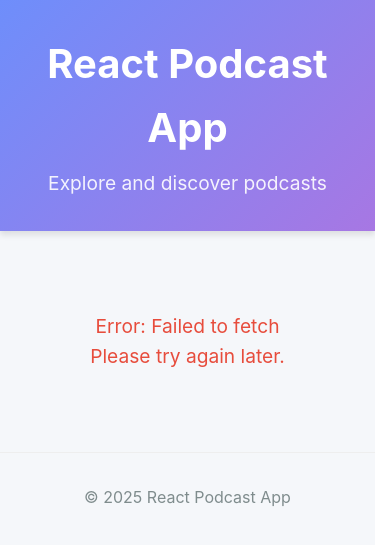
Repository: andajonas/ANDJON25111_fto2505_A_Anda-Jonas_DJS04
Page: ReactPodcast.html
An editor plug-in stored every save of this project. The page is shown before and after a run of saves, followed by the edit.
The browser window is 375 px wide. The pictures show the whole page.
The page's requests for data from a server got no answer.

Above is the page before, as saved 2025-09-27 22:31:30.

After the next 2 saves:
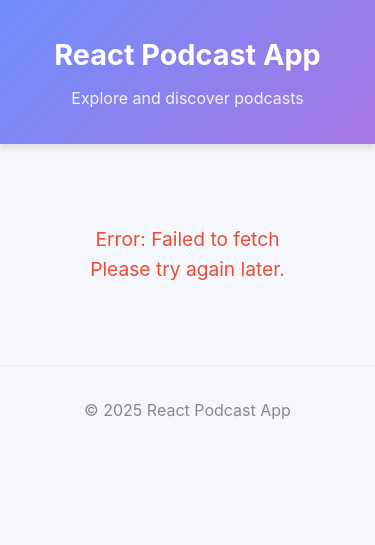
The 2 saves are shown as one change because they came seconds apart.
The last was saved 4 min 4 s later.
--- a/ReactPodcast.html
+++ b/ReactPodcast.html
@@ -380,6 +380,56 @@
             border-top: 1px solid #eee;
         }
 
+        /* Responsive Styling */
+        @media (max-width: 768px) {
+            .controls {
+                grid-template-columns: 1fr;
+                gap: 1rem;
+            }
+
+            .podcasts-grid {
+                grid-template-columns: repeat(auto-fill, minmax(250px, 1fr));
+                gap: 1.5rem;
+            }
+
+            header h1 {
+                font-size: 2rem;
+            }
+
+            .modal-banner {
+                flex-direction: column;
+            }
+
+            .modal-img {
+                width: 100%;
+                height: auto;
+                max-height: 300px;
+            }
+
+            .pagination {
+                flex-direction: column;
+                gap: 0.5rem;
+            }
+        }
+
+        @media (max-width: 375px) {
+            .podcasts-grid {
+                grid-template-columns: 1fr;
+                gap: 1.2rem;
+            }
+
+            .podcast-card {
+                margin: 0 0.5rem;
+            }
+
+            header h1 {
+                font-size: 1.8rem;
+            }
+
+            header p {
+                font-size: 1rem;
+            }
+        }
 
 
         </style>
